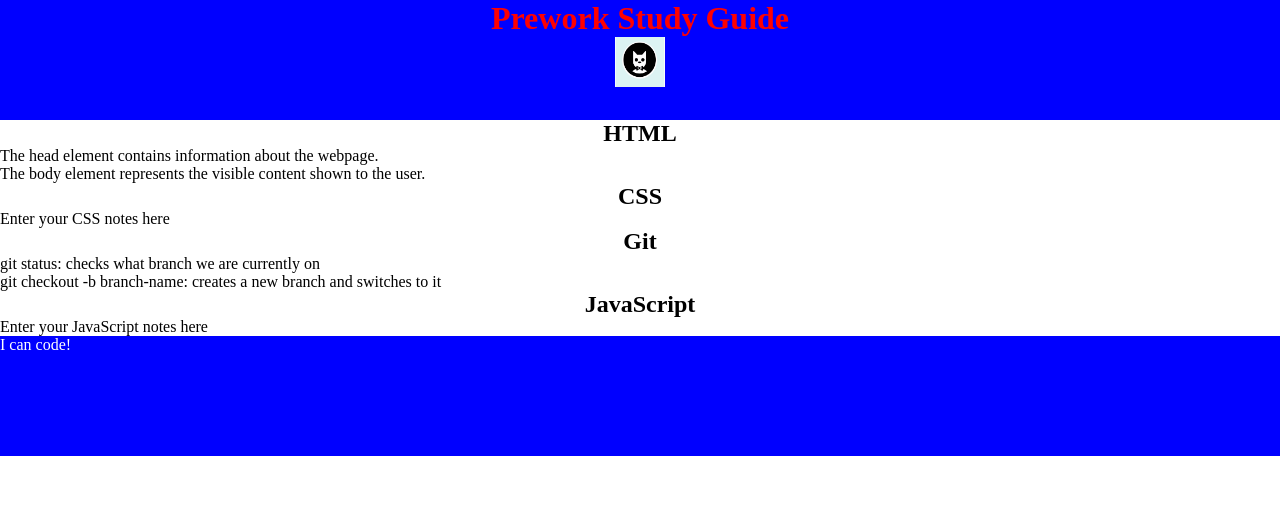
Repository: OKJay50/prework-study-guide
Page: index.html
These files come from the project's save history. The page is drawn as it stood at one moment and after the next save; the edit follows.
The browser window is 1280 px wide. The pictures show the whole page.

Above is the page before, as saved 2023-04-27 22:21:57.

After the next save:
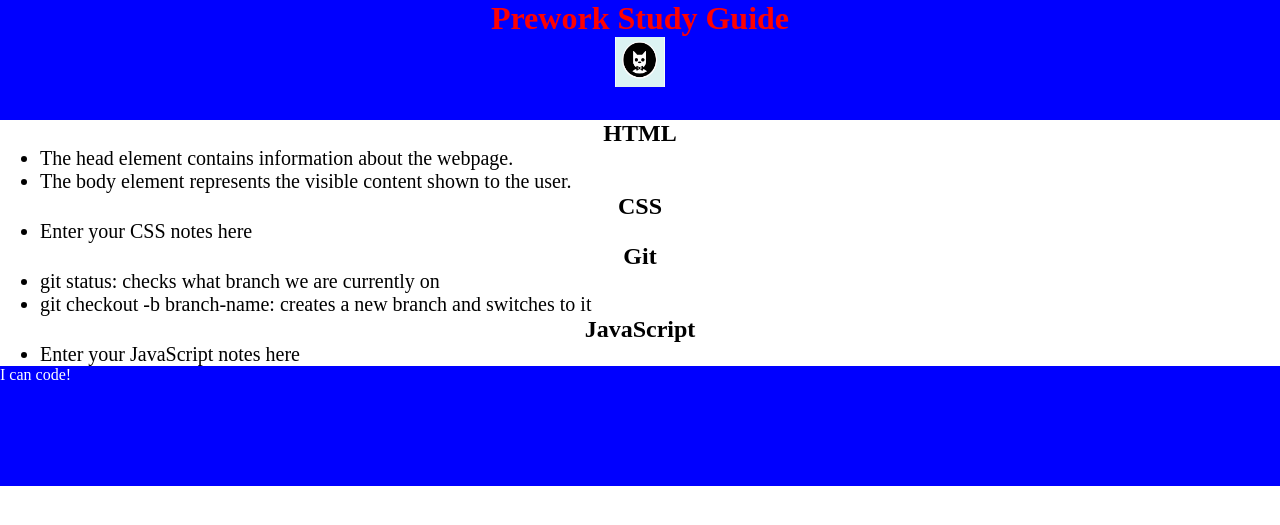
Saved 13 s later.
--- a/assets/style.css
+++ b/assets/style.css
@@ -20,3 +20,7 @@
     margin-left: auto;
     margin-right: auto;
 }
+ul {
+    padding-left: 40px;
+    font-size: 20px;
+}
